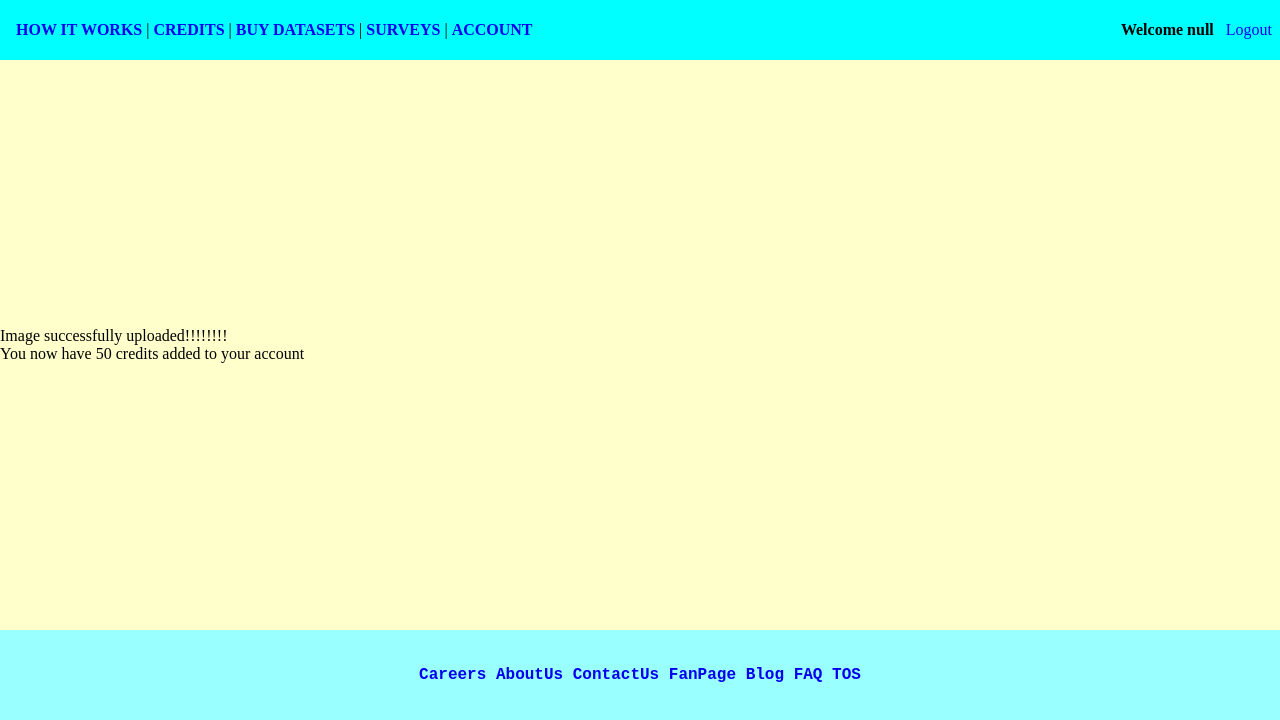
Repository: nicks707/LocoShack_TGMC-project
Page: http://localhost/ram/uploadphoto2.jsp
The author's editor kept a copy of each file at every save. The page is drawn from the files as they stood at one save, then again after the next save.
The browser window is 1280 px wide. The pictures show the whole page.
The page is served by Tomcat 9.

Above is the page before, as saved 2012-03-20 15:10:11.

After the next save:
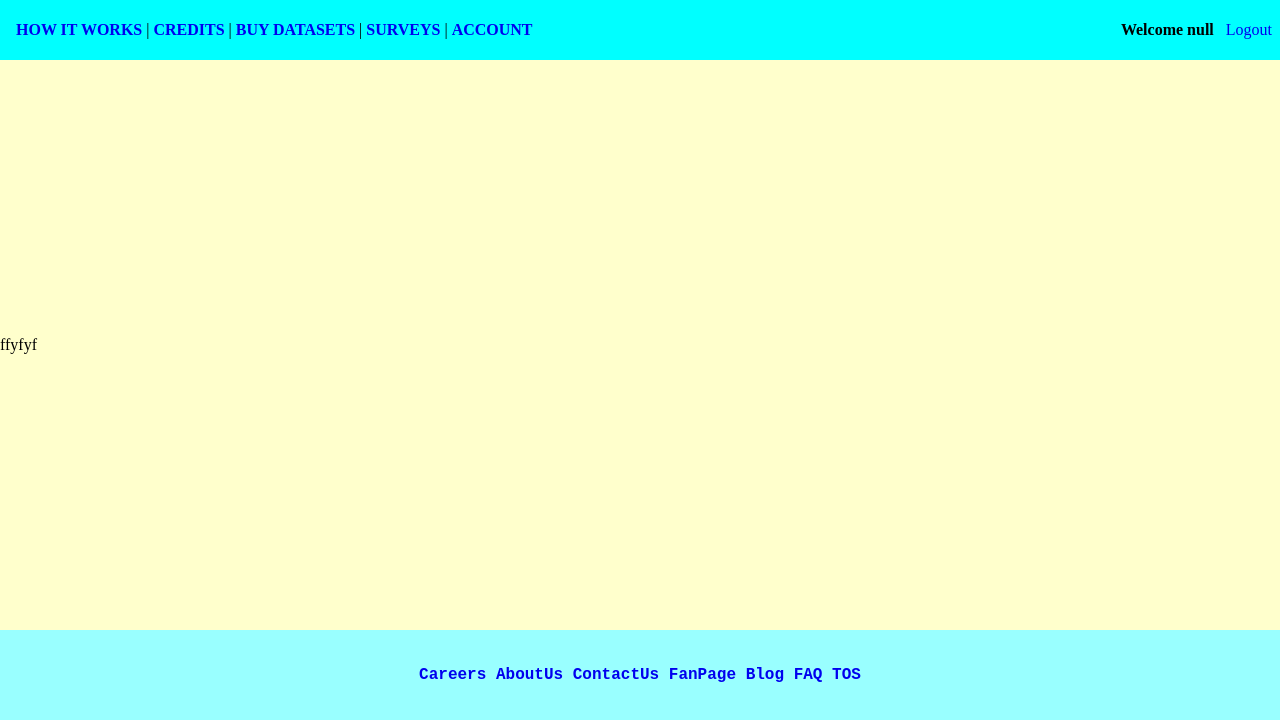
Saved 40 s later.
--- a/ram/WebContent/uploadphoto2.jsp
+++ b/ram/WebContent/uploadphoto2.jsp
@@ -19,8 +19,7 @@ html, body,table
 <tr  height="60px"><td><jsp:include page="header2.jsp"></jsp:include></td></tr>
 <tr><td>
 
-Image successfully uploaded!!!!!!!!<br/>
-You now have 50 credits added to your account
+ffyfyf
 </td></tr>
 <tr height="50px"><td><jsp:include page="footer.jsp"></jsp:include></td></tr>
 </table>
